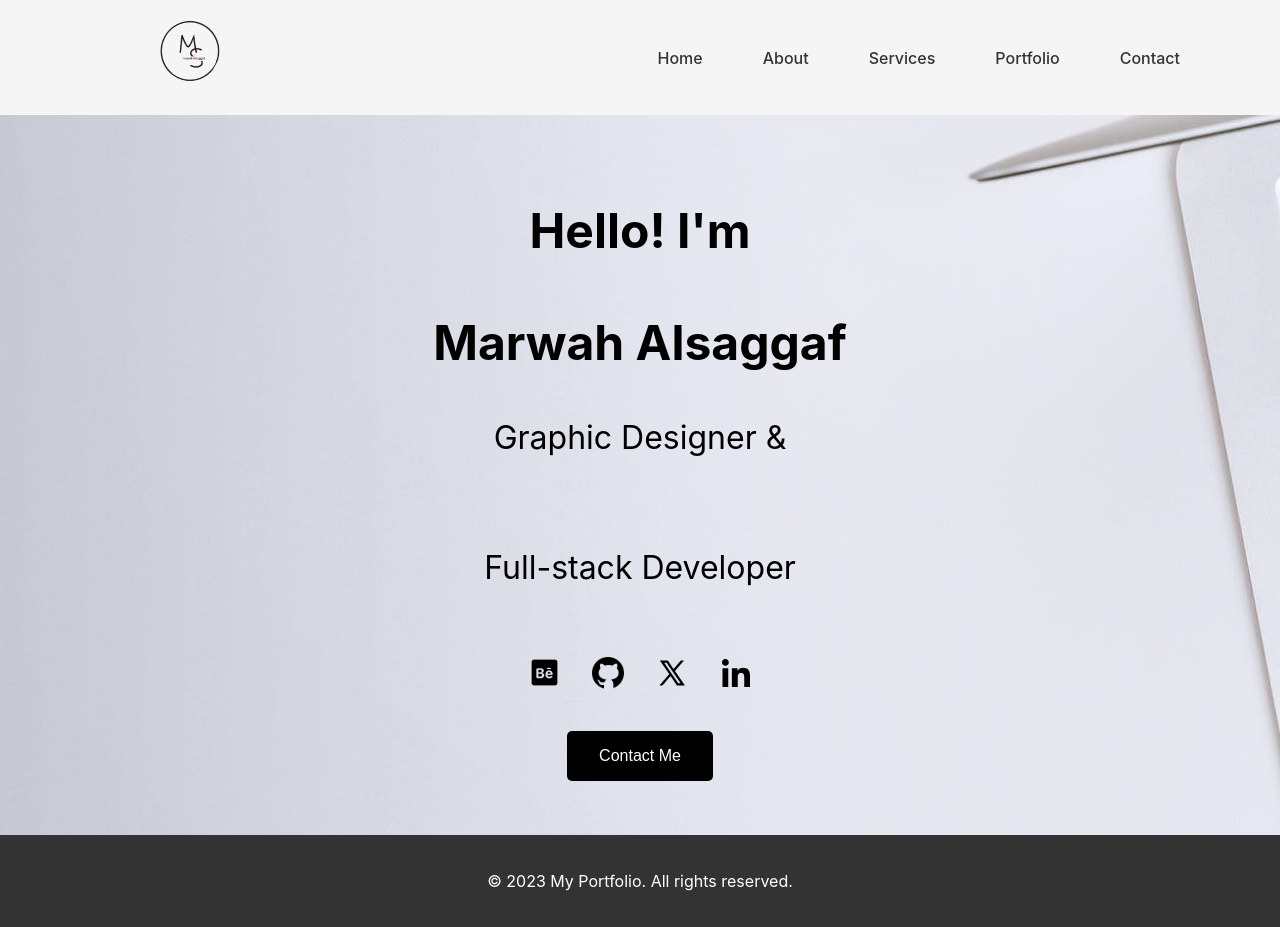
Repository: MEROO1010/Portfolio_00
Page: / (app in portfolio_00/)
These files come from the project's save history. The page is drawn as it stood at one moment and after the next save; the edit follows.
The browser window is 1280 px wide. The pictures show the whole page.
The project was rebuilt for these pictures with package versions that can differ from the ones it lists, and the page was loaded fresh each time. Also part of the build but not shown: portfolio_00/src/components/About.jsx, portfolio_00/src/components/Services.jsx, portfolio_00/src/components/Portfolio.jsx, portfolio_00/src/components/Contact.jsx.

Above is the page before, as saved 2024-11-17 11:44:04.

### portfolio_00/src/App.jsx
import React from 'react';
import { BrowserRouter, Route, Routes } from 'react-router-dom';
import Header from './components/Header';
import Home from './components/Home';
import About from './components/About';
import Services from './components/Services';
import Portfolio from './components/Portfolio';
import Contact from './components/Contact';
import Footer from './components/Footer';
// import GlobalStyle from './styles/global';

const App = () => {
  return (
    <BrowserRouter>
      <Header />

      <Routes>
        <Route path="/" element={<Home />} />
        <Route path="/about" element={<About />} />
        <Route path="/services" element={<Services />} />
        <Route path="/portfolio" element={<Portfolio />} />
        <Route path="/contact" element={<Contact />} />
      </Routes>

      <Footer />
    </BrowserRouter>
  );
};

export default App;

### portfolio_00/src/features/counter/counterSlice.js
import { createAsyncThunk, createSlice } from '@reduxjs/toolkit';
import { fetchCount } from './counterAPI';

const initialState = {
  value: 0,
  status: 'idle',
};

// The function below is called a thunk and allows us to perform async logic. It
// can be dispatched like a regular action: `dispatch(incrementAsync(10))`. This
// will call the thunk with the `dispatch` function as the first argument. Async
// code can then be executed and other actions can be dispatched. Thunks are
// typically used to make async requests.
export const incrementAsync = createAsyncThunk(
  'counter/fetchCount',
  async (amount) => {
    const response = await fetchCount(amount);
    // The value we return becomes the `fulfilled` action payload
    return response.data;
  }
);

export const counterSlice = createSlice({
  name: 'counter',
  initialState,
  // The `reducers` field lets us define reducers and generate associated actions
  reducers: {
    increment: (state) => {
      // Redux Toolkit allows us to write "mutating" logic in reducers. It
      // doesn't actually mutate the state because it uses the Immer library,
      // which detects changes to a "draft state" and produces a brand new
      // immutable state based off those changes
      state.value += 1;
    },
    decrement: (state) => {
      state.value -= 1;
    },
    // Use the PayloadAction type to declare the contents of `action.payload`
    incrementByAmount: (state, action) => {
      state.value += action.payload;
    },
  },
  // The `extraReducers` field lets the slice handle actions defined elsewhere,
  // including actions generated by createAsyncThunk or in other slices.
  extraReducers: (builder) => {
    builder
      .addCase(incrementAsync.pending, (state) => {
        state.status = 'loading';
      })
      .addCase(incrementAsync.fulfilled, (state, action) => {
        state.status = 'idle';
        state.value += action.payload;
      });
  },
});

export const { increment, decrement, incrementByAmount } = counterSlice.actions;

// The function below is called a selector and allows us to select a value from
// the state. Selectors can also be defined inline where they're used instead of
// in the slice file. For example: `useSelector((state: RootState) => state.counter.value)`
export const selectCount = (state) => state.counter.value;

// We can also write thunks by hand, which may contain both sync and async logic.
// Here's an example of conditionally dispatching actions based on current state.
export const incrementIfOdd = (amount) => (dispatch, getState) => {
  const currentValue = selectCount(getState());
  if (currentValue % 2 === 1) {
    dispatch(incrementByAmount(amount));
  }
};

export default counterSlice.reducer;

### portfolio_00/src/components/Header.jsx
import React from 'react';
import styled from 'styled-components';
import { Link } from 'react-router-dom';
import ImageLogo from '../assets/white_logo.png';

const HeaderContainer = styled.header`
  background-color: #f5f5f5;
  padding: 10px 100px;
  display: flex;
  justify-content: space-between;
  align-items: center;
`;

const Logo = styled.h1`
  margin:4px;
  padding-left:40px;
`;

const NavLinks = styled .nav`
  display: flex;
  gap: 60px;
`;

const NavLink = styled(Link)`
  text-decoration: none;
  color: #333;
  font-weight: 500;

  &:hover {
    color: #3BB873;
  }
`;

const Header = () => {
  return (
    <HeaderContainer>
      <Logo><img src={ImageLogo} alt="Description of image" /></Logo>
      <NavLinks>
        <NavLink to="/">Home</NavLink>
        <NavLink to="/about">About</NavLink>
        <NavLink to="/services">Services</NavLink>
        <NavLink to="/portfolio">Portfolio</NavLink>
        <NavLink to="/contact">Contact</NavLink>
      </NavLinks>
    </HeaderContainer>
  );
};

export default Header;

### portfolio_00/src/components/Home.jsx
import React from 'react';
import styled from 'styled-components';
import Behance from "../assets/Behance.png";
import Github from "../assets/GitHub.png";
import X from "../assets/X.png";
import LinkedIn from "../assets/LinkedIn.png"
import BG from "../assets/BG_HomePage.png"



const Container = styled.div`
  display: flex;
  flex-direction: column;
  align-items: center;
  justify-content: center;
  height: 100vh;
  background-image: url(${BG});
`;

const Title = styled.h1`
  font-size: 3em;
  font-weight: bold;
  color: #000;
  margin-bottom: 20px;
`;

const Subtitle = styled.h2`
  font-size: 2em;
  font-weight: normal;
  color: #000;
  margin-bottom: 2em;
`;

const SocialLinks = styled.div`
  display: flex;
  gap: 1em;
  margin-bottom: 2em;
`;

const SocialLink = styled.a`
  display: flex;
  align-items: center;
  justify-content: center;
  width: 3em;
  height: 3em;



  color: #000;
  text-decoration: none;

  &:hover {
    background-color: #ddd;
    border-radius: 50%;
    box-shadow: 0 2px 4px rgba(0, 0, 0, 0.1);
  }
`;

const Button = styled.button`
  background-color: #000;
  color: #fff;
  padding: 1em 2em;
  border: none;
  border-radius: 5px;
  font-size: 1em;
  cursor: pointer;
`;

const App = () => {
  return (
    <Container>
      <Title>Hello! I'm</Title>
      <Title>Marwah Alsaggaf</Title>
      <Subtitle>Graphic Designer &</Subtitle>
      <Subtitle>Full-stack Developer</Subtitle>
      <SocialLinks>
        <SocialLink href="https://www.behance.net/merooalsaggaf" target="_blank">
          <span><img src={Behance}/></span>
        </SocialLink>
        <SocialLink href="https://github.com/MEROO1010" target="_blank">
          <span><img src={Github}/></span>
        </SocialLink>
        <SocialLink href="https://x.com/meroo_alsaggaf" target="_blank">
          <span><img src={X}/></span>
        </SocialLink>
        <SocialLink href="https://www.linkedin.com/in/marwah-alsaggaf-ba44011b2/" target="_blank">
          <span><img src={LinkedIn}/></span>
        </SocialLink>
      </SocialLinks>
      <Button>Contact Me</Button>
    </Container>
  );
};

export default App;

### portfolio_00/src/components/Footer.jsx
import React from 'react';
import styled from 'styled-components';

const FooterContainer = styled.footer`
  padding: 20px;
  background-color: #333;
  color: white;
  text-align: center;
`;

const Footer = () => {
  return (
    <FooterContainer>
      <p>&copy; 2023 My Portfolio. All rights reserved.</p>
    </FooterContainer>
  );
};

export default Footer;

Loaded but not shown: portfolio_00/public/index.html (common file); portfolio_00/src/index.js (common file); portfolio_00/src/app/store.js (common file); portfolio_00/src/reportWebVitals.js (common file); portfolio_00/src/index.css (common file); portfolio_00/src/features/counter/counterAPI.js (common file)

After the next save:
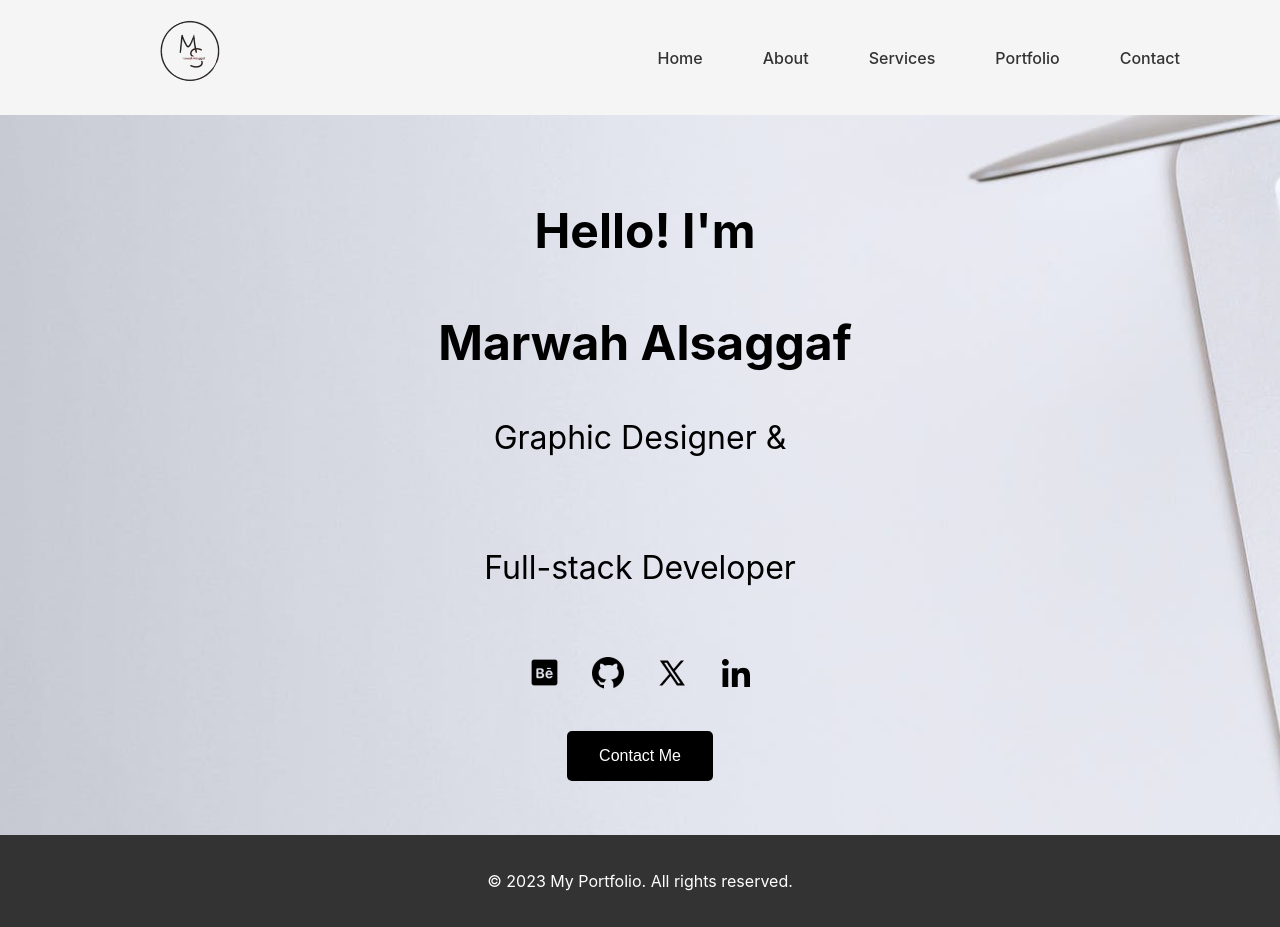
Saved 20 s later.
--- a/portfolio_00/src/components/Home.jsx
+++ b/portfolio_00/src/components/Home.jsx
@@ -22,6 +22,7 @@ const Title = styled.h1`
   font-weight: bold;
   color: #000;
   margin-bottom: 20px;
+  margin-left:10px;
 `;
 
 const Subtitle = styled.h2`
